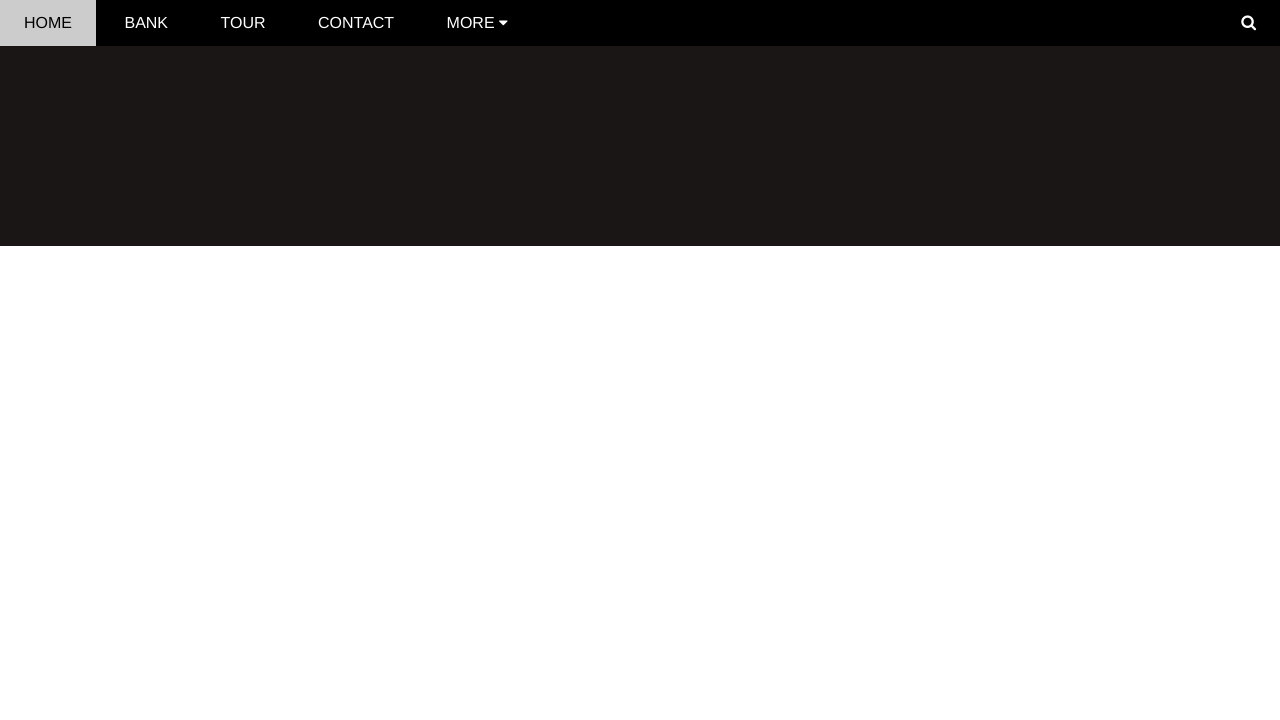
Repository: vuongtm1999/TheBand_W3School
Page: index.html
The author's editor kept a copy of each file at every save. The page is drawn from the files as they stood at one save, then again after the next save.
The browser window is 1280 px wide. The pictures show the whole page.

Above is the page before, as saved 2022-08-25 08:08:20.

After the next save:
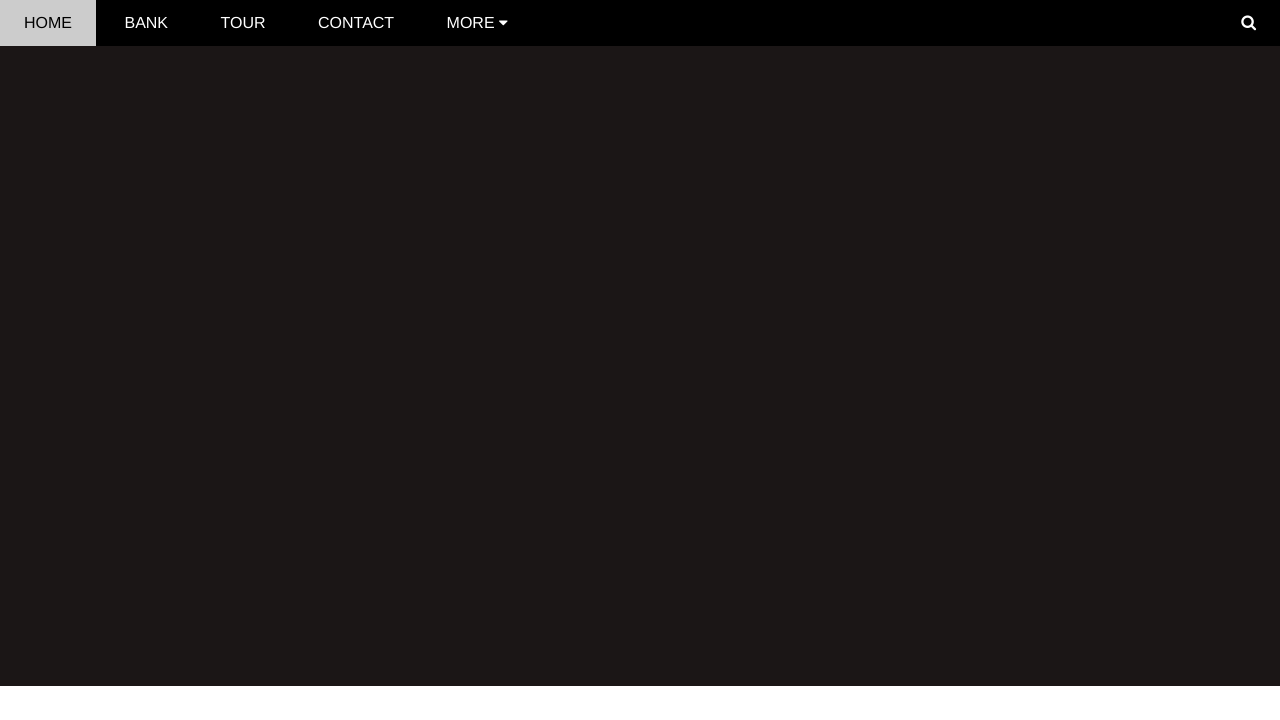
Saved 73 min 21 s later.
--- a/assets/css/style.css
+++ b/assets/css/style.css
@@ -100,6 +100,8 @@ a{
     height: 200px;
     background-color: rgb(27, 22, 22);
     margin-top: 46px;
+/* padding-top bang 50% chieu rong cua trinh duyet */
+    padding-top: 50%;
 }
 
 /* search btn */
